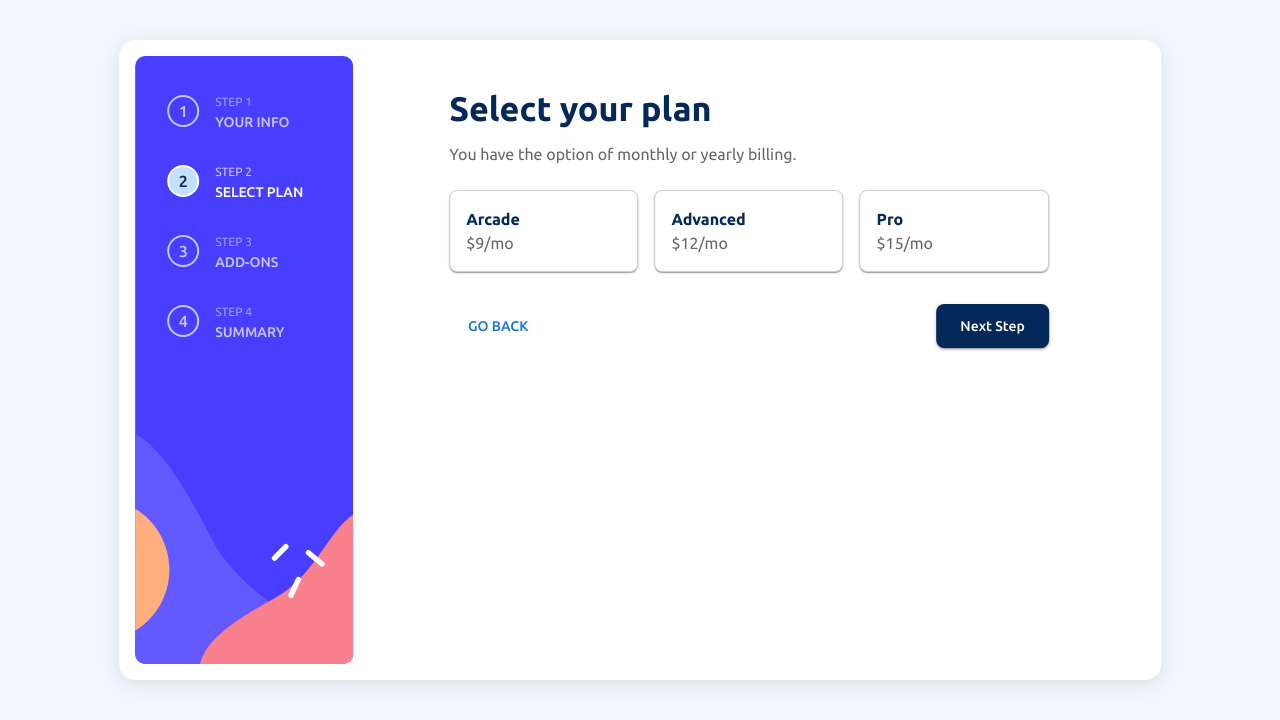
Repository: ozerrrs/chalange7days
Page: / (app in 7dayschalange/7dayschallange/), after clicking the first element matching `button.MuiButtonBase-root`
The author's editor kept a copy of each file at every save. The page is drawn from the files as they stood at one save, then again after the next save.
The browser window is 1280 px wide. The pictures show the whole page.
The project was rebuilt for these pictures with package versions that can differ from the ones it lists, and the page was loaded fresh each time. Also part of the build but not shown: 7dayschalange/7dayschallange/vite.config.js.

Above is the page before, as saved 2025-03-05 15:09:45.

### 7dayschalange/7dayschallange/src/main.jsx
import * as React from "react";
import * as ReactDOM from "react-dom/client";
import { ThemeProvider } from "@mui/material/styles";
import { CssBaseline } from "@mui/material";
import theme from "./theme/theme";
import App from "./App";
import "./index.css";
ReactDOM.createRoot(document.getElementById("root")).render(
  <React.StrictMode>
    <ThemeProvider theme={theme}>
      <CssBaseline />
      <App />
    </ThemeProvider>
  </React.StrictMode>
);

### 7dayschalange/7dayschallange/src/theme/theme.jsx
import { createTheme } from "@mui/material/styles";

const theme = createTheme({
  typography: {
    fontFamily: "'Ubuntu', sans-serif",
    h4: {
      fontWeight: 700,
    },
    h2: {
      fontWeight: 500,
    },
  },
  components: {
    MuiCssBaseline: {
      styleOverrides: `
        body {
          background-color: #f0f7ff;
        }
      `,
    },
  },
});

export default theme;

### 7dayschalange/7dayschallange/src/App.jsx
import { Routes, Route, BrowserRouter } from "react-router-dom";
import FirstPage from "./pages/firstPage";
import "@fontsource/ubuntu/400.css"; // Regular
import "@fontsource/ubuntu/500.css"; // Medium
import "@fontsource/ubuntu/700.css"; // Bold
function App() {
  return (
    <BrowserRouter>
      <Routes>
        <Route path="/" element={<FirstPage />} />
        {/* <Route path="/about" element={<About />} />
          <Route path="/login" element={<Login />} />
          <Route path="/register" element={<Register />} /> */}
      </Routes>
    </BrowserRouter>
  );
}
export default App;

### 7dayschalange/7dayschallange/src/index.css
#root {
  height: 100vh;
  width: 100vw;
  background-color: #f0f7ff;
}

### 7dayschalange/7dayschallange/src/pages/firstPage.jsx
import React, { useState } from "react";
import {
  Box,
  TextField,
  Typography,
  Button,
  Stepper,
  Step,
  StepLabel,
  Paper,
  Container,
  Grid,
  CssBaseline,
} from "@mui/material";
import { styled, ThemeProvider } from "@mui/material/styles";
// Import the background image for the sidebar
import backgroundNav from "../assets/bg-sidebar-desktop.svg"; // Adjust the path as needed

const FormContainer = styled(Paper)(({ theme }) => ({
  padding: theme.spacing(2),
  borderRadius: 16,
  boxShadow: "0px 4px 20px rgba(0, 0, 0, 0.1)",
  display: "flex",
  overflow: "hidden",
  minWidth: 1000,
  minHeight: 640,
  margin: "0 auto",
  position: "absolute",
  top: "50%",
  left: "50%",
  transform: "translate(-50%, -50%)",
}));

const SideBar = styled(Box)(({ theme }) => ({
  padding: theme.spacing(4),
  borderRadius: "10px 10px 10px 10px",
  color: "white",
  width: 274,
  position: "relative",
  overflow: "hidden",
  background: "none",
  minHeight: 568,
}));

const ContentArea = styled(Box)(({ theme }) => ({
  paddingLeft: theme.spacing(12),
  paddingRight: theme.spacing(12),
  paddingTop: theme.spacing(4),
  paddingBottom: theme.spacing(4),
  width: "100%",
}));

const NextButton = styled(Button)(({ theme }) => ({
  backgroundColor: "#04285a",
  color: "white",
  borderRadius: 8,
  padding: "10px 24px",
  textTransform: "none", // This prevents uppercase text

  "&:hover": {
    backgroundColor: "#172b4d",
  },
}));
const StyledTextField = styled(TextField)(({ theme }) => ({
  marginBottom: theme.spacing(2),
  "& .MuiOutlinedInput-root": {
    borderRadius: "10px",
    "& fieldset": {
      borderRadius: "10px",
    },
  },
}));

const StepNumber = styled(Box)(({ theme, active }) => ({
  width: 32,
  height: 32,
  borderRadius: "50%",
  border: "2px solid white",
  display: "flex",
  alignItems: "center",
  justifyContent: "center",
  marginRight: theme.spacing(2),
  backgroundColor: active ? "#c3e0ff" : "transparent", // Blue background when active
  color: active ? "#04285a" : "white",
  fontWeight: 500,
}));

const StepItem = styled(Box)(({ theme, active }) => ({
  display: "flex",
  alignItems: "center",
  marginBottom: theme.spacing(3),
  opacity: active ? 1 : 0.7,
}));

const steps = [
  { label: "YOUR INFO", description: "Personal details" },
  { label: "SELECT PLAN", description: "Choose your plan" },
  { label: "ADD-ONS", description: "Add extra features" },
  { label: "SUMMARY", description: "Review your order" },
];

function MultiStepForm() {
  const [activeStep, setActiveStep] = useState(0);
  const [formData, setFormData] = useState({
    name: "",
    email: "",
    phone: "",
  });

  const handleInputChange = (e) => {
    const { name, value } = e.target;
    setFormData({
      ...formData,
      [name]: value,
    });
  };

  const handleNext = () => {
    setActiveStep((prevActiveStep) => prevActiveStep + 1);
  };

  const handleBack = () => {
    setActiveStep((prevActiveStep) => prevActiveStep - 1);
  };

  const getStepContent = (step) => {
    switch (step) {
      case 0:
        return (
          <Box>
            <Typography
              variant="h4"
              gutterBottom
              fontWeight="bold"
              sx={{ color: "#04285a" }}
            >
              Personal info
            </Typography>
            <Typography color="textSecondary" paragraph>
              Please provide your name, email address, and phone number.
            </Typography>

            <Box mt={3}>
              <Typography fontWeight={500} mb={1} sx={{ color: "#04285a" }}>
                Name
              </Typography>
              <StyledTextField
                fullWidth
                placeholder="e.g. Stephen King"
                name="name"
                value={formData.name}
                onChange={handleInputChange}
                variant="outlined"
              />

              <Typography fontWeight={500} mb={1} sx={{ color: "#04285a" }}>
                Email Address
              </Typography>

              <StyledTextField
                fullWidth
                placeholder="e.g. stephenking@lorem.com"
                name="email"
                value={formData.email}
                onChange={handleInputChange}
                variant="outlined"
              />

              <Typography fontWeight={500} mb={1} sx={{ color: "#04285a" }}>
                Phone Number
              </Typography>

              <StyledTextField
                fullWidth
                placeholder="e.g. +1 234 567 890"
                name="phone"
                value={formData.phone}
                onChange={handleInputChange}
                variant="outlined"
                sx={{ mb: 8 }}
              />
            </Box>
          </Box>
        );
      case 1:
        return (
          <Box>
            <Typography
              variant="h4"
              gutterBottom
              fontWeight="bold"
              sx={{ color: "#04285a" }}
            >
              Select your plan
            </Typography>
            <Typography color="textSecondary" paragraph>
              You have the option of monthly or yearly billing.
            </Typography>

            {/* Plan selection content will go here */}
            <Box mt={3} sx={{ display: "flex", gap: 2 }}>
              {/* Example plan cards would go here */}
              <Paper
                sx={{
                  p: 2,
                  borderRadius: 2,
                  flex: 1,
                  border: "1px solid #ccc",
                }}
              >
                <Typography fontWeight="bold" sx={{ color: "#04285a" }}>
                  Arcade
                </Typography>
                <Typography color="textSecondary">$9/mo</Typography>
              </Paper>

              <Paper
                sx={{
                  p: 2,
                  borderRadius: 2,
                  flex: 1,
                  border: "1px solid #ccc",
                }}
              >
                <Typography fontWeight="bold" sx={{ color: "#04285a" }}>
                  Advanced
                </Typography>
                <Typography color="textSecondary">$12/mo</Typography>
              </Paper>

              <Paper
                sx={{
                  p: 2,
                  borderRadius: 2,
                  flex: 1,
                  border: "1px solid #ccc",
                }}
              >
                <Typography fontWeight="bold" sx={{ color: "#04285a" }}>
                  Pro
                </Typography>
                <Typography color="textSecondary">$15/mo</Typography>
              </Paper>
            </Box>
          </Box>
        );
      case 2:
        return (
          <Box>
            <Typography
              variant="h4"
              gutterBottom
              fontWeight="bold"
              sx={{ color: "#04285a" }}
            >
              Pick add-ons
            </Typography>
            <Typography color="textSecondary" paragraph>
              Add-ons help enhance your gaming experience.
            </Typography>
          </Box>
        );
      case 3:
        return (
          <Box>
            <Typography
              variant="h4"
              gutterBottom
              fontWeight="bold"
              sx={{ color: "#04285a" }}
            >
              Summary
            </Typography>
            <Typography color="textSecondary" paragraph>
              Please confirm your selections.
            </Typography>
          </Box>
        );
      default:
        return "Unknown step";
    }
  };

  return (
    <FormContainer>
      <SideBar>
        <Box
          sx={{
            position: "absolute",
            top: 0,
            left: 0,
            width: "100%",
            height: "100%",
            zIndex: 0,
          }}
        >
          <img
            src={backgroundNav}
            alt="background"
            style={{ width: "100%", height: "100%", objectFit: "cover" }}
          />
        </Box>
        <Box sx={{ position: "relative", zIndex: 1 }}>
          {steps.map((step, index) => (
            <StepItem key={index} active={activeStep === index}>
              <StepNumber active={activeStep === index}>{index + 1}</StepNumber>

              <Box>
                <Typography variant="caption" sx={{ opacity: 0.7 }}>
                  STEP {index + 1}
                </Typography>
                <Typography variant="subtitle2">{step.label}</Typography>
              </Box>
            </StepItem>
          ))}
        </Box>
      </SideBar>

      <ContentArea>
        {getStepContent(activeStep)}

        <Box sx={{ display: "flex", justifyContent: "flex-end", mt: 4 }}>
          {activeStep !== 0 && (
            <Button
              onClick={handleBack}
              sx={{ mr: 50, color: "textSecondary" }}
            >
              Go Back
            </Button>
          )}
          <NextButton variant="contained" onClick={handleNext}>
            Next Step
          </NextButton>
        </Box>
      </ContentArea>
    </FormContainer>
  );
}

export default MultiStepForm;

Loaded but not shown: 7dayschalange/7dayschallange/index.html (common file)

After the next save:
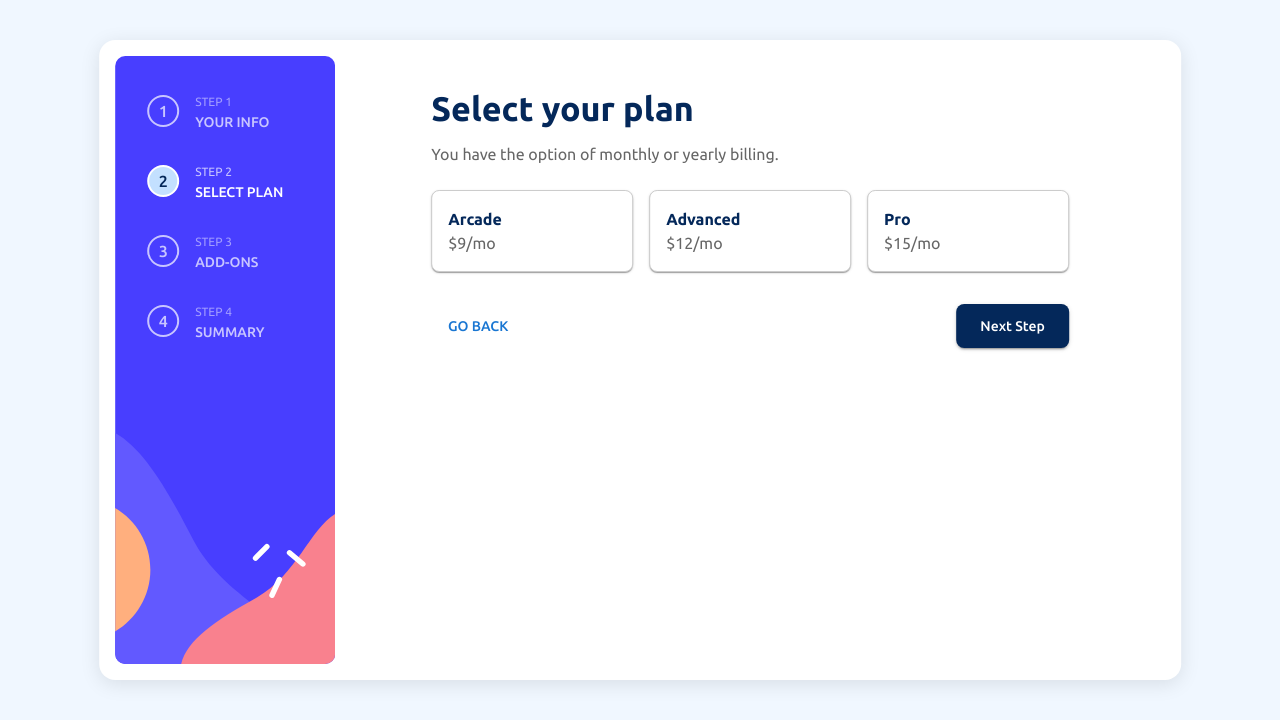
Saved 10 s later.
--- a/7dayschalange/7dayschallange/src/pages/firstPage.jsx
+++ b/7dayschalange/7dayschallange/src/pages/firstPage.jsx
@@ -323,7 +323,7 @@ function MultiStepForm() {
           {activeStep !== 0 && (
             <Button
               onClick={handleBack}
-              sx={{ mr: 50, color: "textSecondary" }}
+              sx={{ mr: 55, color: "textSecondary" }}
             >
               Go Back
             </Button>
